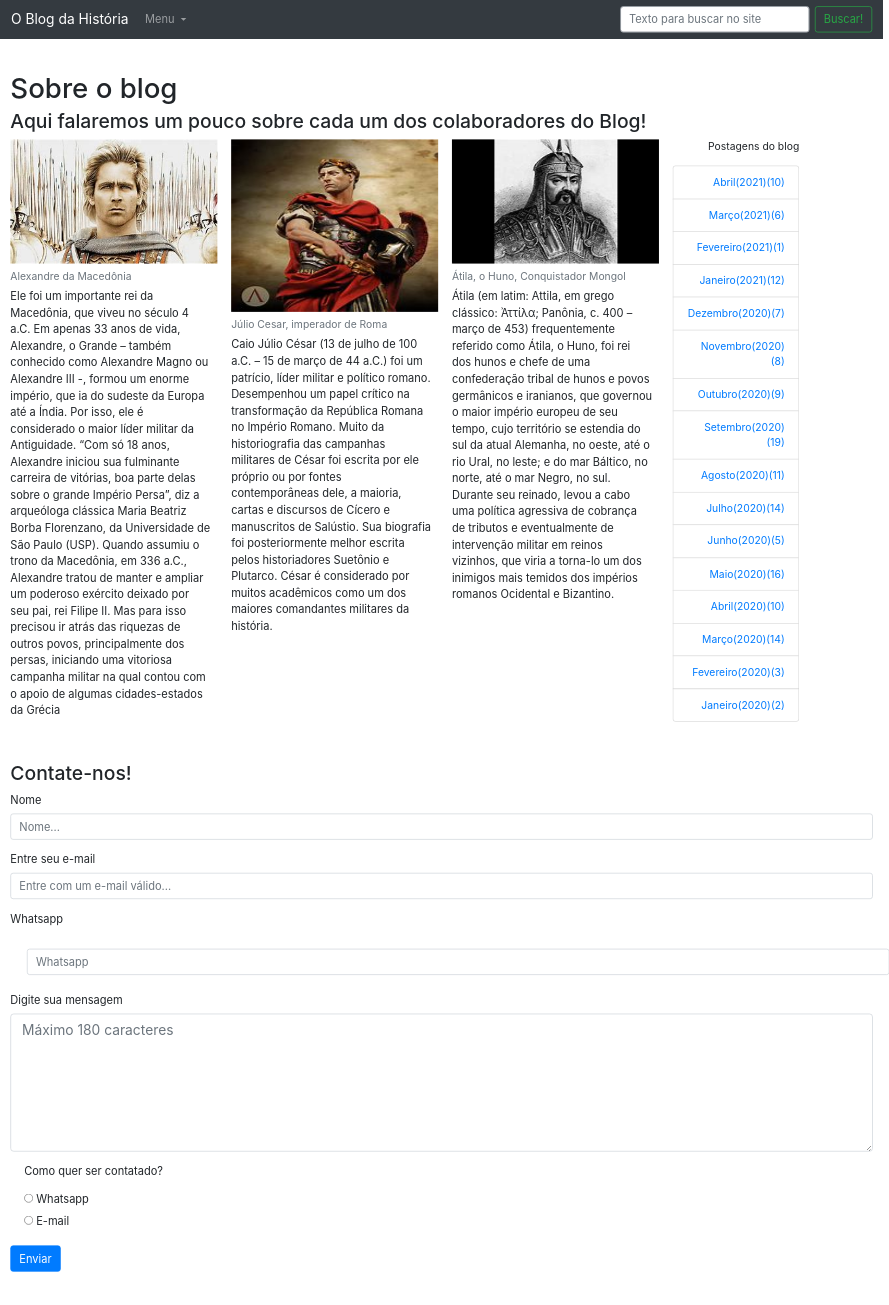
Repository: xhenrique/blog_layout_bootstrap
Page: source/sobre.html
These files come from the project's save history. The page is drawn as it stood at one moment and after the next save; the edit follows.
The browser window is 1280 px wide. The page is 1289 px wide, then 1280 px, so the pictures cover 1289 px, including what lies to the right of the window. The pictures show the whole page, at 69% of full size.

Above is the page before, as saved 2021-04-25 03:27:45.

After the next save:
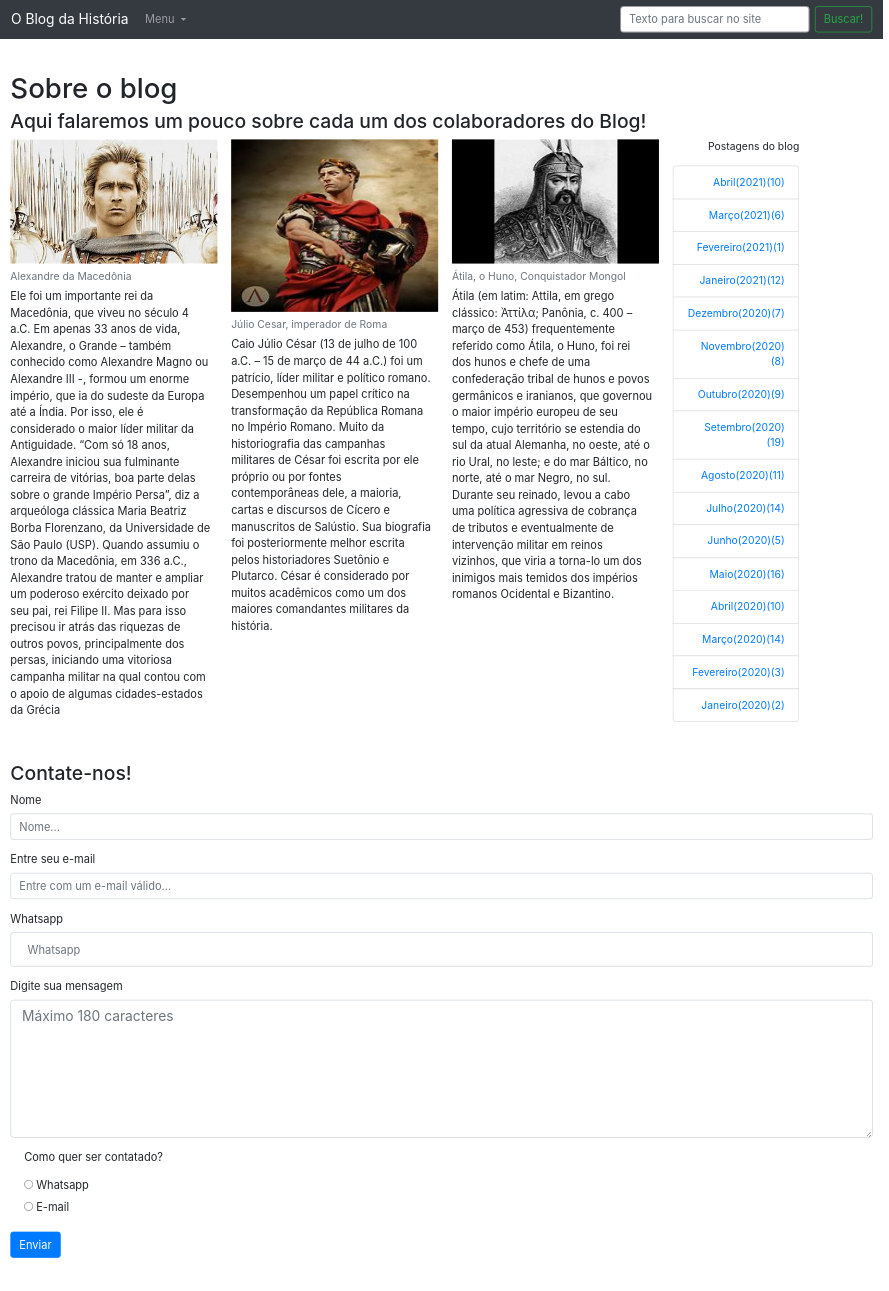
Saved 11 s later.
--- a/source/sobre.html
+++ b/source/sobre.html
@@ -115,7 +115,7 @@
             </div>
               <div class="mb-3">
                 <label for="wppInput" class="form-label">Whatsapp</label>
-                <input type="tel" placeholder="Whatsapp" class="form-control m-4" id="wppInput">
+                <input type="tel" placeholder="Whatsapp" class="form-control p-4" id="wppInput">
               </div>
               <div class="mb-3">
                 <label for="msgInput" class="form-label">Digite sua mensagem</label>
